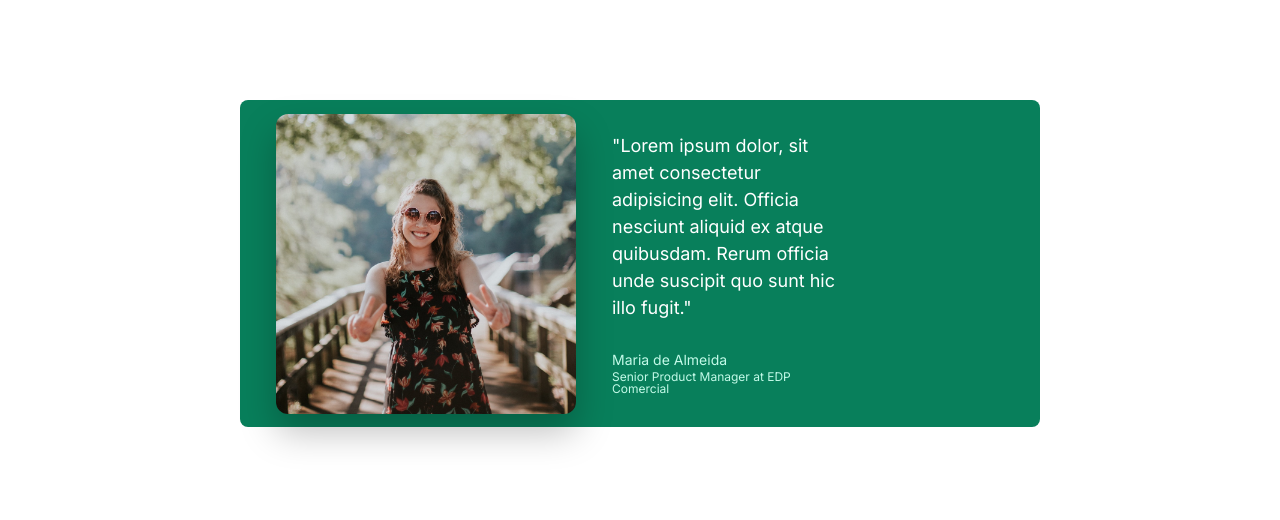
Repository: Ahmed123rezk123/06-Components
Page: carousel.html
The author's editor kept a copy of each file at every save. The page is drawn from the files as they stood at one save, then again after the next save.
The browser window is 1280 px wide. The pictures show the whole page.

Above is the page before, as saved 2024-09-16 08:50:37.

### carousel.html
<!DOCTYPE html>
<html lang="en">
  <head>
    <meta charset="UTF-8" />
    <meta name="viewport" content="width=device-width, initial-scale=1.0" />
    <link rel="preconnect" href="https://fonts.gstatic.com" />
    <link
      href="https://fonts.googleapis.com/css2?family=Inter:wght@400;500;700&display=swap"
      rel="stylesheet"
    />
    <style>
      * {
        margin: 0;
        padding: 0;
        box-sizing: border-box;
      }

      body {
        font-family: "Inter", sans-serif;
        /* color: #343a40;
        background-color: #f8f9fa; */
        line-height: 1;
      }
      .carousel {
        width: 800px;
        margin: 100px auto;
        background-color: #087f5b;
        border-radius: 8px;
        padding: 32px;
        padding-left: 86px;
        color: #fff;
        display: flex;
        align-items: center;
        gap: 86px;
      }

      img {
        height: 200px;
        border-radius: 8px;
        transform: scale(1.5);
        box-shadow: 0 12px 24px rgb(0, 0, 0, 0.25);
      }
      .testmonial-text {
        font-size: 18px;
        font-weight: 500px;
        line-height: 1.5;
        margin-bottom: 32px;
      }
      .testmonial-auther {
        font-size: 14px;
        margin-bottom: 4px;
        color: #c3fae8;
      }

      .testmonial-job {
        font-size: 12px;
        color: #c3fae8;
      }

      .btn {
        background-color: #fff;
        border: none;
      }
    </style>
    <title>Carousel</title>
  </head>
  <body>
    <div class="carousel">
      <img src="maria.jpg" alt="" />
      <blockquote class="testmonial">
        <p class="testmonial-text">
          "Lorem ipsum dolor, sit amet consectetur adipisicing elit. Officia
          nesciunt aliquid ex atque quibusdam. Rerum officia unde suscipit quo
          sunt hic illo fugit."
        </p>
        <p class="testmonial-auther">Maria de Almeida</p>
        <p class="testmonial-job">Senior Product Manager at EDP Comercial</p>
      </blockquote>

      <button class="btn">
        <svg
          xmlns="http://www.w3.org/2000/svg"
          fill="none"
          viewBox="0 0 24 24"
          stroke-width="1.5"
          stroke="currentColor"
          class="btn-icon"
        >
          <path
            stroke-linecap="round"
            stroke-linejoin="round"
            d="m8.25 4.5 7.5 7.5-7.5 7.5"
          />
        </svg>
      </button>
      <button class="btn">
        <svg
          xmlns="http://www.w3.org/2000/svg"
          fill="none"
          viewBox="0 0 24 24"
          stroke-width="1.5"
          stroke="currentColor"
          class="btn-icon"
        >
          <path
            stroke-linecap="round"
            stroke-linejoin="round"
            d="M15.75 19.5 8.25 12l7.5-7.5"
          />
        </svg>
      </button>
    </div>
  </body>
</html>

After the next save:
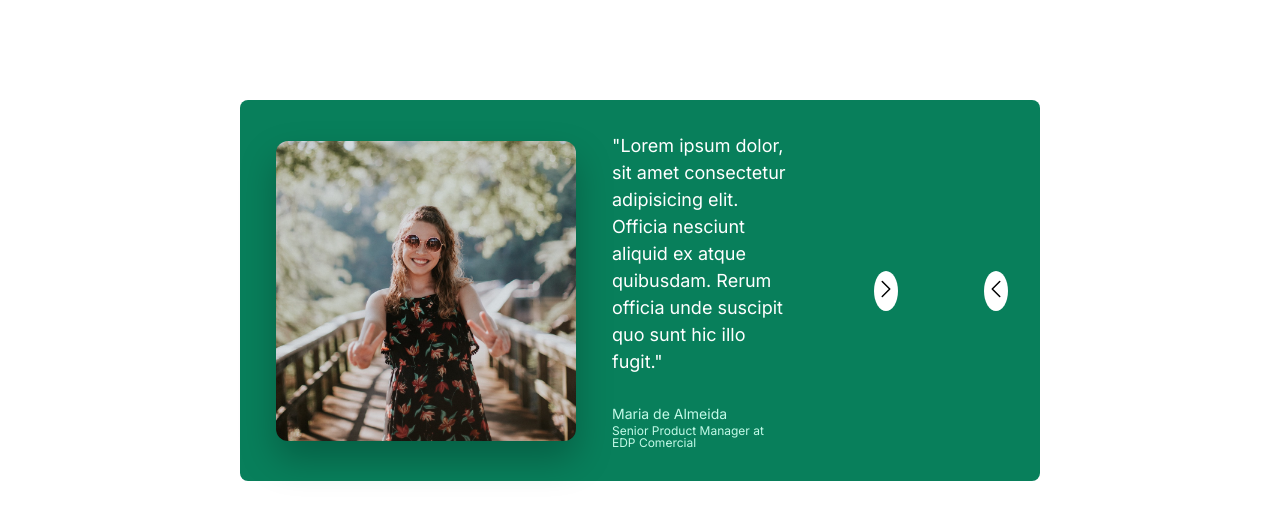
Saved 48 s later.
--- a/carousel.html
+++ b/carousel.html
@@ -60,6 +60,13 @@
       .btn {
         background-color: #fff;
         border: none;
+        width: 40px;
+        height: 40px;
+        border-radius: 50%;
+      }
+      .btn-icon {
+        width: 24px;
+        height: 24px;
       }
     </style>
     <title>Carousel</title>
